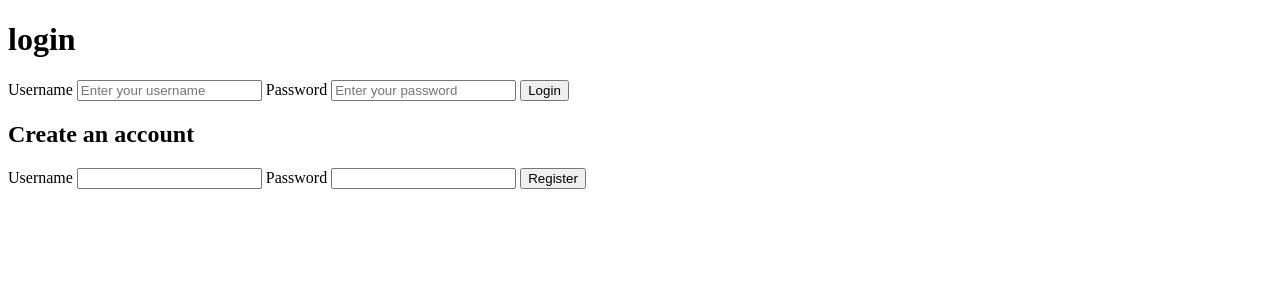
Repository: bao2222/hoc-lam-web
Page: welcome.html
These files come from the project's save history. The page is drawn as it stood at one moment and after the next save; the edit follows.
The browser window is 1280 px wide. The pictures show the whole page.

Above is the page before, as saved 2024-12-30 08:44:09.

### welcome.html
<!DOCTYPE html>
<html lang="en">

    <head>
        <meta charset="UTF-8">
        <title>Welcome</title>
        <meta content = "this is my website" name = "description">
        <meta author = "me">




    </head>

    <body>
        <h1>login</h1>
        <div>
            <div class="login">
                <form action="project.js" >

                    <label for="username">Username</label>
                    <input type="text" id="username" placeholder="Enter your username" name="username" required>

                    <label for="password">Password</label>
                    <input type="password" id="password" placeholder="Enter your password" name="password" required>

                    <button type="submit">Login</button>

                </form>
            </div>

            <h2>Create an account</h2>
            <div>
                <div class="register">
                    <form action="project.js" >

                        <label for="username">Username</label>
                        <input type="text" id="username" name="username" required>

                        <label for="password">Password</label>
                        <input type="password" id="password" name="password" required>

                        <button type="submit">Register</button>

                    </form>



                </div>


            </div>



        </div>





    </body>





</html>

After the next save:
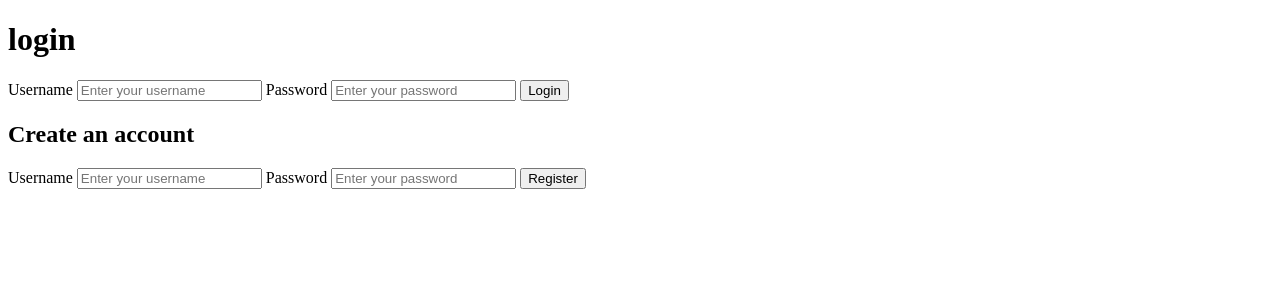
Saved 6 min 16 s later.
--- a/welcome.html
+++ b/welcome.html
@@ -16,7 +16,7 @@
         <h1>login</h1>
         <div>
             <div class="login">
-                <form action="project.js" >
+                <form action="project.js" method="POST" >
 
                     <label for="username">Username</label>
                     <input type="text" id="username" placeholder="Enter your username" name="username" required>
@@ -32,13 +32,13 @@
             <h2>Create an account</h2>
             <div>
                 <div class="register">
-                    <form action="project.js" >
+                    <form action="project.js" method="POST" >
 
-                        <label for="username">Username</label>
-                        <input type="text" id="username" name="username" required>
+                        <label for="register_username">Username</label>
+                        <input type="text" id="register_username" placeholder="Enter your username" name="register_username" required>
 
-                        <label for="password">Password</label>
-                        <input type="password" id="password" name="password" required>
+                        <label for="register_password">Password</label>
+                        <input type="password" id="register_password" placeholder="Enter your password" name="password" required>
 
                         <button type="submit">Register</button>
 
